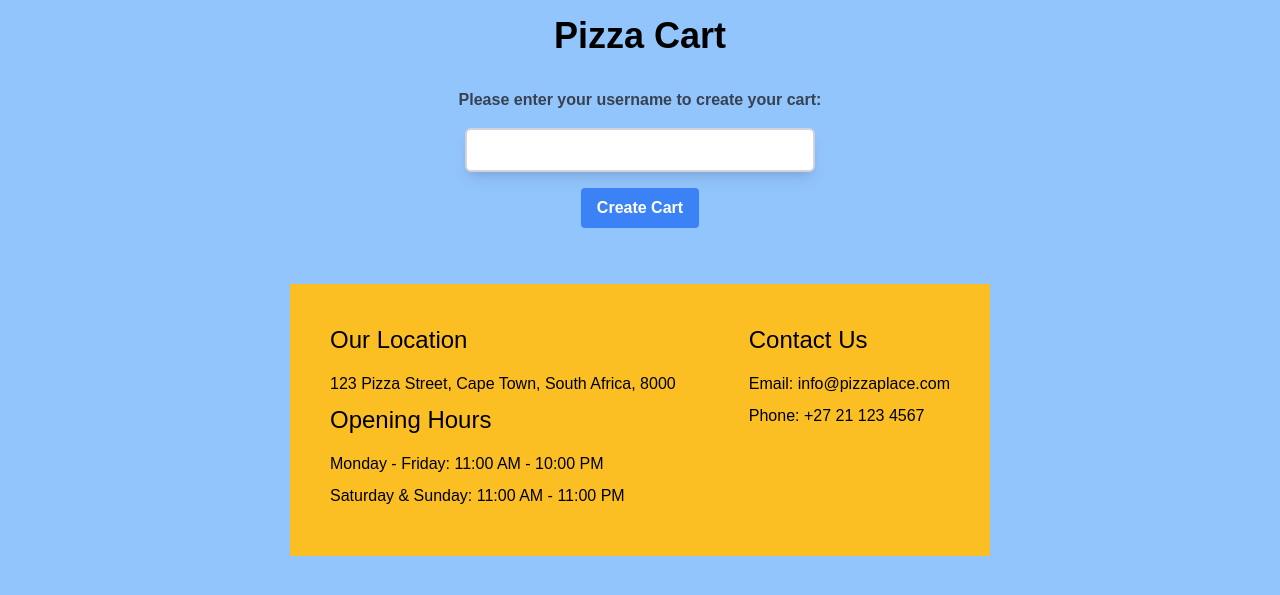
Repository: lasity34/pizza-cart-with-api
Page: index.html
These files come from the project's save history. The page is drawn as it stood at one moment and after the next save; the edit follows.
The browser window is 1280 px wide. The pictures show the whole page.
The page's requests for data from a server got no answer. Some web fonts or font styles are not loaded; a fallback is used. Some web libraries are served in a nearby version.

Above is the page before, as saved 2023-07-16 21:42:00.
Console error (its wording comes from the project's code and is left out).

### index.html
<!DOCTYPE html>
<html lang="en">
  <head>
    <meta charset="UTF-8" />
    <meta name="viewport" content="width=device-width, initial-scale=1.0" />
    <title>Pizza Cart</title>
    <script src="//unpkg.com/alpinejs" defer></script>
    <link
      href="https://cdn.jsdelivr.net/npm/tailwindcss@2.1.2/dist/tailwind.min.css"
      rel="stylesheet"
    />
    <script
      src="https://cdnjs.cloudflare.com/ajax/libs/axios/1.4.0/axios.min.js"
      integrity="sha512-uMtXmF28A2Ab/JJO2t/vYhlaa/3ahUOgj1Zf27M5rOo8/+fcTUVH0/E0ll68njmjrLqOBjXM3V9NiPFL5ywWPQ=="
      crossorigin="anonymous"
      referrerpolicy="no-referrer"
    ></script>
    <link href="./style.css" rel="stylesheet" />
    <link rel="preconnect" href="https://fonts.googleapis.com" />
    <link rel="preconnect" href="https://fonts.gstatic.com" crossorigin />
    <link
      href="https://fonts.googleapis.com/css2?family=Titillium+Web:ital@0;1&family=Tsukimi+Rounded:wght@300;400;500&display=swap"
      rel="stylesheet"
    />
  </head>
  <body x-data="pizzaCart" class="bg-blue-300" x-cloak>

    <section class="flex justify-center items-center">
      <h1 class="text-4xl pt-4 font-bold">Pizza Cart</h1>
    </section>

    <section class="flex flex-col items-center mt-8 pb-4">
      <h3 class="text-md font-semibold mb-2 text-center text-gray-700">Please enter your username to create your cart:</h3>
      <input type="text" x-model="usernameInput" class="w-1/2 mt-2 p-2 rounded-md border-2 border-gray-300 shadow-lg focus:outline-none focus:ring-2 focus:ring-blue-600" />
      <button class="mt-4 bg-blue-500 hover:bg-blue-700 text-white font-bold py-2 px-4 rounded" @click="login()">Create Cart</button>

      <p x-html="usernameMessage" ></p>



    </section>


    <section  x-show=" cartTotal > 0 "
  class="shop-container my-3 sm:my-4 p-4 sm:p-5 flex flex-col text-xs sm:text-sm justify-center items-center"
>
  <h2 class="text-xl sm:text-2xl mb-2 font-bold">Shopping Cart</h2>
  <div class="mt-4 flex flex-col items-center">
    <div>
        <section class="mt-6">
            <table class="table-auto w-full rounded-lg overflow-hidden shadow-lg max-w-md mx-auto">
                <thead class="bg-red-600">
                    <tr>
                        <th class="px-2 sm:px-3 py-1 text-left text-xs sm:text-sm font-bold font-medium text-white uppercase tracking-wider">Flavour</th>
                        <th class="px-2 sm:px-3 py-1 text-left text-xs sm:text-sm font-medium text-white uppercase tracking-wider">Size</th>
                        <th class="px-2 sm:px-3 py-1 text-left text-xs sm:text-sm font-medium text-white uppercase tracking-wider">Quantity</th>
                        <th class="px-2 sm:px-3 py-1 text-left text-xs sm:text-sm font-medium text-white uppercase tracking-wider">Price</th>
                        <th class="px-2 sm:px-3 py-1 text-left text-xs sm:text-sm font-medium text-white uppercase tracking-wider">Total</th>
                    </tr>
                </thead>
                <tbody class="bg-yellow-100 divide-y divide-gray-200 overflow-auto max-h-48 sm:max-h-56">

                    <template x-for="pizza in cartPizzas">
                        <tr>
                          <td class="px-1 sm:px-2 py-1 whitespace-nowrap font-bold text-xs sm:text-sm text-gray-500" x-text="pizza.flavour"></td>

                            <td class="px-2 sm:px-3 py-1 whitespace-nowrap font-bold text-xs sm:text-sm text-gray-500" x-text="pizza.size"></td>
                            <td class="px-2 sm:px-3 py-1 whitespace-nowrap font-bold text-xs sm:text-sm text-gray-500">
                                <div class="flex items-center justify-center">
                                    <button
                                        @click="addPizzaToCart(pizza.id)"
                                        class="bg-gray-200 hover:bg-gray-300 text-gray-800 font-bold py-1 px-2 sm:px-3 rounded-l"
                                    >
                                        +
                                    </button>
                                    <div x-text="pizza.qty" class="mx-1 sm:mx-2"></div>
                                    <button
                                        @click="removePizzaFromCart(pizza.id)"
                                        class="bg-gray-200 hover:bg-gray-300 text-gray-800 font-bold py-1 px-2 sm:px-3 rounded-r"
                                    >
                                        -
                                    </button>
                                </div>
                            </td>
                            <td class="px-2 sm:px-3 py-1 whitespace-nowrap text-xs sm:text-sm font-bold text-gray-500">
                                R<span x-text="pizza.price"></span>
                            </td>
                            <td class="px-2 sm:px-3 py-1 whitespace-nowrap text-xs sm:text-sm font-bold text-gray-500">
                                R<span x-text="(pizza.qty * pizza.price).toFixed(2)"></span>
                            </td>
                        </tr>
                    </template>
                </tbody>
            </table>
        </section>
    </div>
    <div class="flex justify-center mt-2 sm:mt-4">
      <p class="font-bold">Total Cost</p>
      <p class="ml-3 sm:ml-5 font-bold">
        R<span x-text="(cartTotal).toFixed(2)">0.00</span>
      </p>
    </div>


    <div class="mt-2 sm:mt-4"  x-cloak>
      <label class="font-bold">Payment Amount:</label>
      <input
        placeholder="Enter payment here"
        type="number"
        step="0.01"
        class="rounded ml-1 sm:ml-2 py-1 sm:py-2"
        x-model="paymentAmount"
      />
    </div>
    <div class="mt-3 sm:mt-6">
      <button
        x-cloak
        @click="payForCart()"
        class="bg-gray-300 hover:bg-gray-400 py-1 sm:py-2 px-4 sm:px-8 rounded font-bold"
      >
        <span>Pay</span>
      </button>
    </div>
  </div>
</section>




    <section x-show="cartId" class="pizza_columns mt-8">
      <div
        class="flex flex-col gap-4 mx-auto items-center lg:items-stretch lg:flex-row justify-center"
      >
        <div
          class="flex bg-blue-500 rounded p-4 w-4/5 lg:w-4/5 flex-grow flex-shrink flex flex-col justify-between text-black items-center"
        >
          <div class="flex-grow flex flex-col items-center justify-center">
            <img src="./pizza.png" width="50" />
            <h3 class="mb-2 font-bold">Small Pizza</h3>
            <h3 class="mb-2 font-bold">R27.99</h3>
            <p class="mb-4">
              A petite treat, this pizza packs a punch. Tangy pepperoni, earthy
              mushrooms, and melted mozzarella on our homemade dough. 8" of
              perfection.
            </p>
          </div>
          <button
            @click=""

            class="bg-gray-300 hover:bg-gray-400 transition-colors duration-300 py-2 px-4 rounded font-bold"
          >
            Buy
          </button>
        </div>
        <div
          class="pizza_md bg-green-500 rounded p-4 w-4/5 lg:w-4/5 flex-grow flex-shrink flex flex-col justify-between text-black items-center"
        >
          <div class="flex-grow flex flex-col items-center justify-center">
            <img src="./pizza.png" width="70" />
            <h3 class="mb-2 font-bold">Medium Pizza</h3>
            <h3 class="mb-2 font-bold">R57.99</h3>
            <p class="mb-4">
              Enjoy more with our 12" pizza. Savory pepperoni, sautéed
              mushrooms, and gooey mozzarella atop our golden-brown, hand-tossed
              dough.
            </p>
          </div>
          <button
            @click=""

            class="bg-gray-300 hover:bg-gray-400 transition-colors duration-300 py-2 px-4 rounded font-bold"
          >
            Buy
          </button>
        </div>
        <div
          class="pizza_lg bg-red-500 rounded p-4 w-4/5 lg:w-4/5 flex-grow flex-shrink flex flex-col justify-between text-black items-center"
        >
          <div class="flex-grow flex flex-col items-center justify-center">
            <img src="./pizza.png" width="100" />
            <h3 class="mb-2 font-bold">Large Pizza</h3>
            <h3 class="mb-2 font-bold">R87.99</h3>
            <p class="mb-4">
              Go big with our 16" pizza. Layered with spicy pepperoni, juicy
              mushrooms, and bubbling mozzarella. Perfect for sharing or
              satisfying the largest of appetites.
            </p>
          </div>
          <button
            @click=""

            class="bg-gray-300 hover:bg-gray-400 transition-colors duration-300 py-2 px-4 rounded font-bold"
          >
            Buy
          </button>
        </div>
      </div>
    </section>
    <!-- all pizzas display -->
    <section class="mt-8" x-show="cartId">
        <div class="flex flex-col items-center">
            <template x-for="pizza in pizzas">
                <div class="flex items-center border-b border-gray-200 bg-yellow-200 shadow-lg rounded-lg px-4 py-4 my-3 w-full max-w-xl">
                    <div class="w-24 h-24 flex-shrink-0">
                        <img src="./pizza.png" class="w-full h-full object-cover rounded-lg" />
                    </div>
                    <div class="ml-4 flex-grow flex justify-between w-3/4 items-center">
                        <h5 class="ml-2 text-lg font-bold text-black" x-text="pizza.flavour"></h5>
                        <p class="text-lg text-black mt-5 mb-4 mr-6 font-bold">R<span x-text="pizza.price"></span></p>
                    </div>
                    <div>
                        <button @click="addPizzaToCart(pizza.id, pizza.flavour)" class="bg-gray-600 hover:bg-gray-700 text-white font-bold py-2 px-4 rounded">Buy</button>
                    </div>
                </div>
            </template>
        </div>
    </section>



    <footer class="bg-yellow-400 text-black mt-10 p-10">
      <div class="container mx-auto flex justify-between">
        <div>
          <h2 class="text-2xl mb-4">Our Location</h2>
          <p class="mb-2">123 Pizza Street, Cape Town, South Africa, 8000</p>

          <h2 class="text-2xl mb-4">Opening Hours</h2>
          <p class="mb-2">Monday - Friday: 11:00 AM - 10:00 PM</p>
          <p class="mb-2">Saturday & Sunday: 11:00 AM - 11:00 PM</p>
        </div>
        <div>
          <h2 class="text-2xl mb-4">Contact Us</h2>
          <p class="mb-2">Email: info@pizzaplace.com</p>
          <p class="mb-2">Phone: +27 21 123 4567</p>
        </div>
      </div>
    </footer>

    <div
    x-show="show"
    x-transition:enter="transition ease-out duration-300"
    x-transition:enter-start="opacity-0"
    x-transition:enter-end="opacity-100"
    x-transition:leave="transition ease-in duration-300"
    x-transition:leave-start="opacity-100"
    x-transition:leave-end="opacity-0"
    class="fixed inset-0 bg-black bg-opacity-50"
    @click="show = false"
  ></div>
  <div
    x-show="show"
    x-transition:enter="transition ease-out duration-300"
    x-transition:enter-start="opacity-0 transform scale-90"
    x-transition:enter-end="opacity-100 transform scale-100"
    x-transition:leave="transition ease-in duration-300"
    x-transition:leave-start="opacity-100 transform scale-100"
    x-transition:leave-end="opacity-0 transform scale-90"
    class="fixed inset-0 flex items-center justify-center z-50"
  >
    <div >
      <p x-html="message"></p>
    </div>
  </div>


    <script src="./pizza.js"></script>
  </body>
</html>

### style.css

body {
    max-width: 700px;
    margin: 0 auto;

font-family: 'Tsukimi Rounded', sans-serif;
}

.shop-container {
    background-color: rgb(205, 190, 50);
    max-width: 95%;
    margin: 1em auto;
}

input::-webkit-outer-spin-button,
input::-webkit-inner-spin-button {
  -webkit-appearance: none;
  margin: 0;
}

input[type="number"] {
  -moz-appearance: textfield;
 text-indent: 10px;
}

[x-cloak] { display: none; }

### pizza.js
function pizzaCart() {
  return {
    quantity: 0,
    paymentAmount: 0,
    message: "",
    username: "",
    usernameInput: '',
    usernameMessage: '',
    show: false,
    lastMessageAdded: "",
    pizzas: [],
    cartPizzas: [],
    cartId: "",
    cartTotal: 0.0,
    toggleModal() {
      this.show = !this.show;
      if (this.show) {
        setTimeout(() => {
          this.show = false;
        }, 2500);
      }
    },

    // API

    login() {
      if (this.usernameInput.length < 2) {
        this.usernameMessage = `<span class="mt-4 text-lg font-bold text-white bg-red-500 p-3 rounded inline-block">Username too Short</span>`;
        setTimeout(() => {
            this.usernameMessage = '';
        }, 2000); // Close after 2 seconds
      } else {
        this.username = this.usernameInput
        this.usernameInput = ''
        this.usernameMessage =  `<span class="mt-4 text-xl font-bold text-gray-700 bg-white p-3 rounded inline-block">🛒 Welcome + ${ this.username} 🛒</span>
        `;
        // Store username in the localStorage
        localStorage.setItem("username", this.username);
        setTimeout(() => {
          this.usernameMessage = '';
      }, 2000); // Close after 2 seconds
        this.createCart();
      }
    },


    createCart() {
      return new Promise((resolve, reject) => {
        if (!this.username) {
          reject();
          return;
        }

        const cartid = localStorage["cartId"];
        const createCartURL = `https://pizza-api.projectcodex.net/api/pizza-cart/create?username=${this.username}`;

        if (cartid) {
          this.cartId = cartid;
          resolve();
        } else {
          axios.get(createCartURL).then((result) => {
            this.cartId = result.data.cart_code;
            localStorage["cartId"] = this.cartId;
            resolve();
          });
        }
      });
    },

    getCart() {
      const getCartURL = `https://pizza-api.projectcodex.net/api/pizza-cart/${this.cartId}/get`;
      return axios.get(getCartURL);
    },

    addPizza(pizzaId) {
      return axios.post(
        "https://pizza-api.projectcodex.net/api/pizza-cart/add",
        {
          cart_code: this.cartId,
          pizza_id: pizzaId,
        }
      );
    },
    removePizza(pizzaId) {
      return axios.post(
        "https://pizza-api.projectcodex.net/api/pizza-cart/remove",
        {
          cart_code: this.cartId,
          pizza_id: pizzaId,
        }
      );
    },
    pay(amount) {
      return axios.post(
        "https://pizza-api.projectcodex.net/api/pizza-cart/pay",
        {
          cart_code: this.cartId,
          amount,
        }
      );
    },
    showCartData() {
      this.getCart().then((result) => {
        const cartData = result.data;
        this.cartPizzas = cartData.pizzas;
        this.cartTotal = cartData.total;
      });
    },
    async init() {
      axios
        .get("https://pizza-api.projectcodex.net/api/pizzas")
        .then((result) => {
          this.pizzas = result.data.pizzas;
        });

        const storedUsername = localStorage.getItem("username");
        if (storedUsername) {
          this.username = storedUsername;
        }

        await this.createCart()

      this.showCartData();
    },
    addPizzaToCart(pizzaId, pizzaFlavor) {
      this.addPizza(pizzaId).then(() => {
        this.message = `<span class="bg-white text-gray-800 text-2xl py-4 px-4 rounded shadow text-lg font-bold"> 🍕 ${pizzaFlavor} has been added 🍕</span>`

        this.toggleModal()
        this.showCartData();
      });
    },
    removePizzaFromCart(pizzaId) {
      this.removePizza(pizzaId).then(() => {
        this.showCartData();
      });
    },
    payForCart() {
      this.pay(this.paymentAmount).then((result) => {
        if (result.data.status === "failure") {
          this.message = `<span class="bg-red-700 text-white py-2 px-4 rounded shadow text-2xl font-bold">${result.data.message}</span>`
          ;
          this.toggleModal()
          setTimeout(() => (this.message = ""), 3000);
        } else {
          this.message = `<span class="bg-yellow-100  py-2 px-4 rounded shadow text-lg font-bold">🥳 Payment Received! time to eat 🥳</span>`;
          this.toggleModal();

          setTimeout(() => {
            this.message = "";
            this.cartPizzas = [];
            this.cartTotal = 0.0;
            this.cartId = "";
            localStorage.removeItem('username');
            localStorage.removeItem('cartId');
            this.paymentAmount = 0;

          }, 3000);
        }
      });
    },
  };
}

document.addEventListener("alpine:init", () => {
  Alpine.data("pizzaCart", pizzaCart);
});

After the next save:
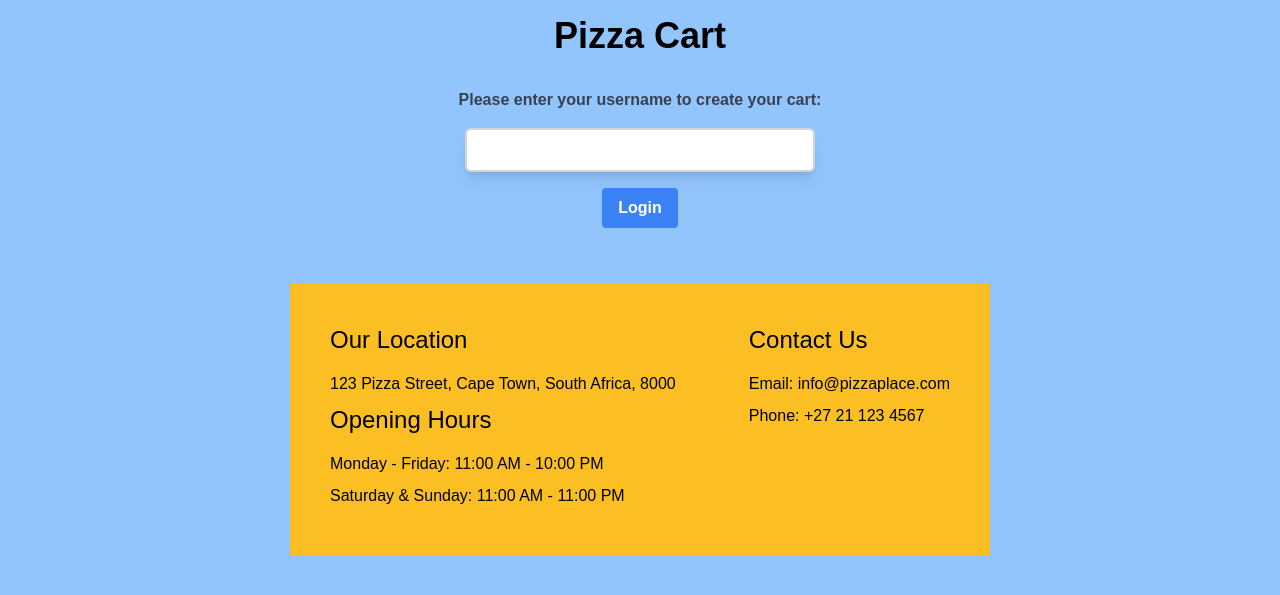
Saved 55 s later.
--- a/index.html
+++ b/index.html
@@ -32,7 +32,7 @@
     <section class="flex flex-col items-center mt-8 pb-4">
       <h3 class="text-md font-semibold mb-2 text-center text-gray-700">Please enter your username to create your cart:</h3>
       <input type="text" x-model="usernameInput" class="w-1/2 mt-2 p-2 rounded-md border-2 border-gray-300 shadow-lg focus:outline-none focus:ring-2 focus:ring-blue-600" />
-      <button class="mt-4 bg-blue-500 hover:bg-blue-700 text-white font-bold py-2 px-4 rounded" @click="login()">Create Cart</button>
+      <button class="mt-4 bg-blue-500 hover:bg-blue-700 text-white font-bold py-2 px-4 rounded" @click="login()">Login</button>
 
       <p x-html="usernameMessage" ></p>
 
